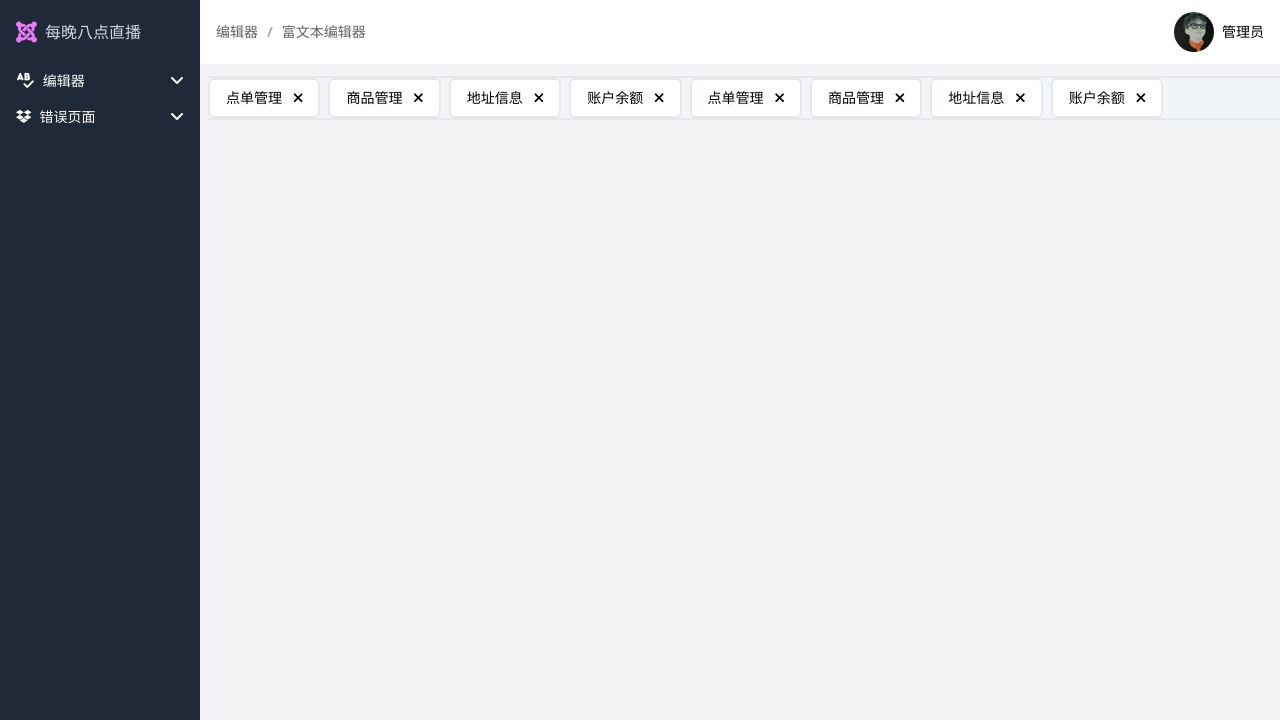
Repository: liangyingbo/vite-vue-TS
Page: /#/editor
These files come from the project's save history. The page is drawn as it stood at one moment and after the next save; the edit follows.
The browser window is 1280 px wide. The pictures show the whole page.
The project was rebuilt for these pictures with package versions that can differ from the ones it lists, and the page was loaded fresh each time. Also part of the build but not shown: vite.config.ts, src/components/form/HdButton.vue, src/components/form/HdInput.vue, src/components/form/hdLink.vue, src/styles/global.scss.

Above is the page before, as saved 2022-11-20 12:02:57.

After the next save:
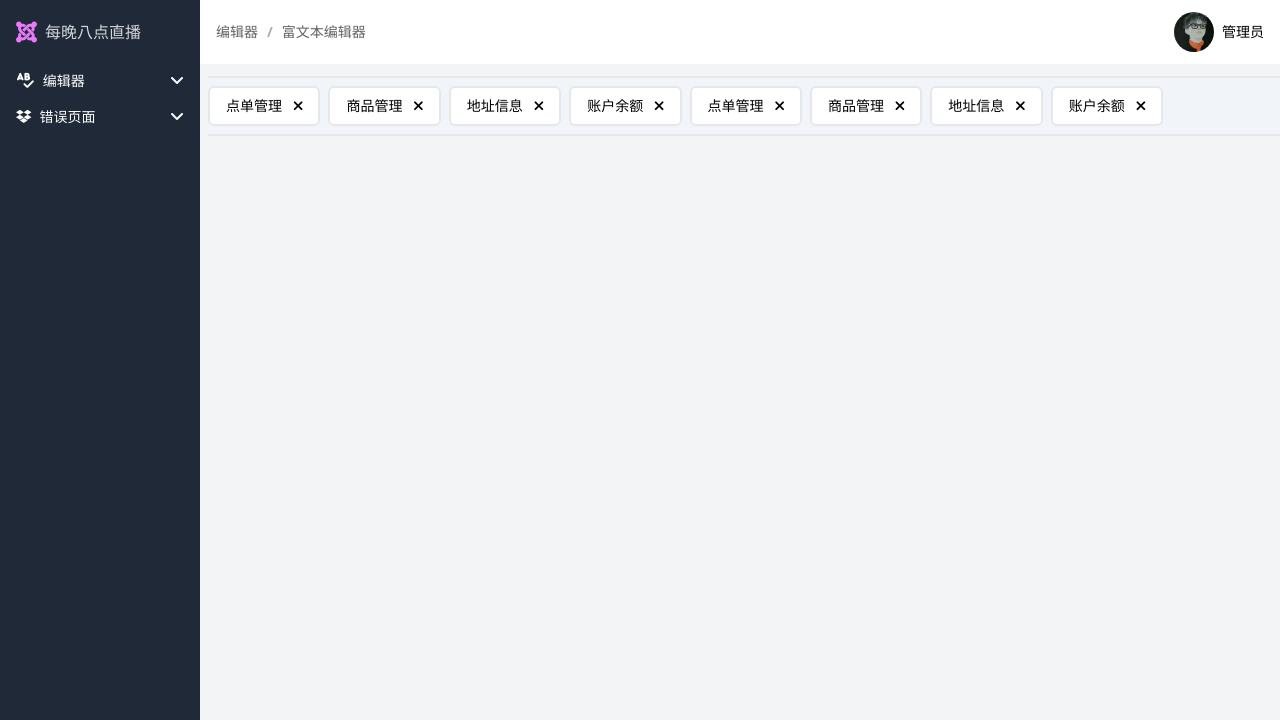
Saved 10 s later.
--- a/src/layouts/admin/historyLink.vue
+++ b/src/layouts/admin/historyLink.vue
@@ -1,6 +1,6 @@
 <template>
   <div>
-    <div class="mt-3 ml-2 grid grid-flow-col justify-start gap-2 bg-slate-100 border-t-2 border-b-2">
+    <div class="mt-3 ml-2 grid grid-flow-col justify-start gap-2 bg-slate-100 border-t-2 border-b-2 py-2">
       <a
         v-for="(l, index) of list"
         :key="index"
